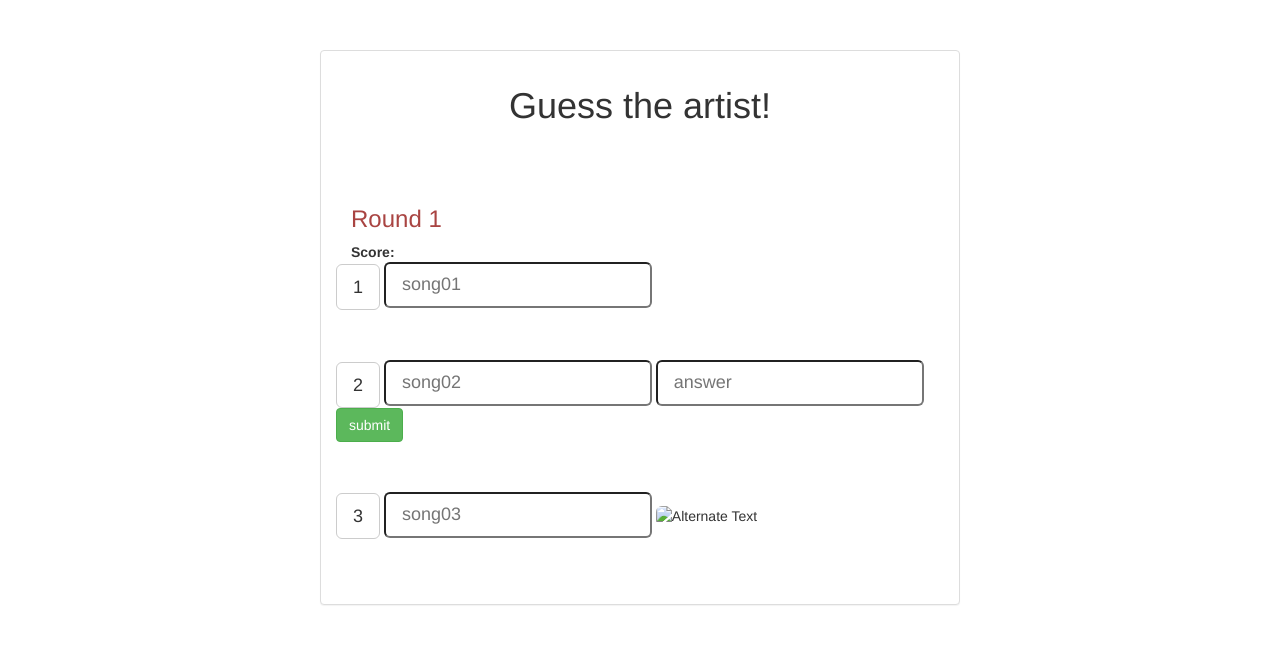
Repository: VladLevishevGIT/MyProjects
Page: Java/GuessTheArtistQuizWeb/WebContent/GuessTheArtist.html
The author's editor kept a copy of each file at every save. The page is drawn from the files as they stood at one save, then again after the next save.
The browser window is 1280 px wide. The pictures show the whole page.
The page's requests for data from a server got no answer.

Above is the page before, as saved 2017-03-05 11:17:58.

After the next save:
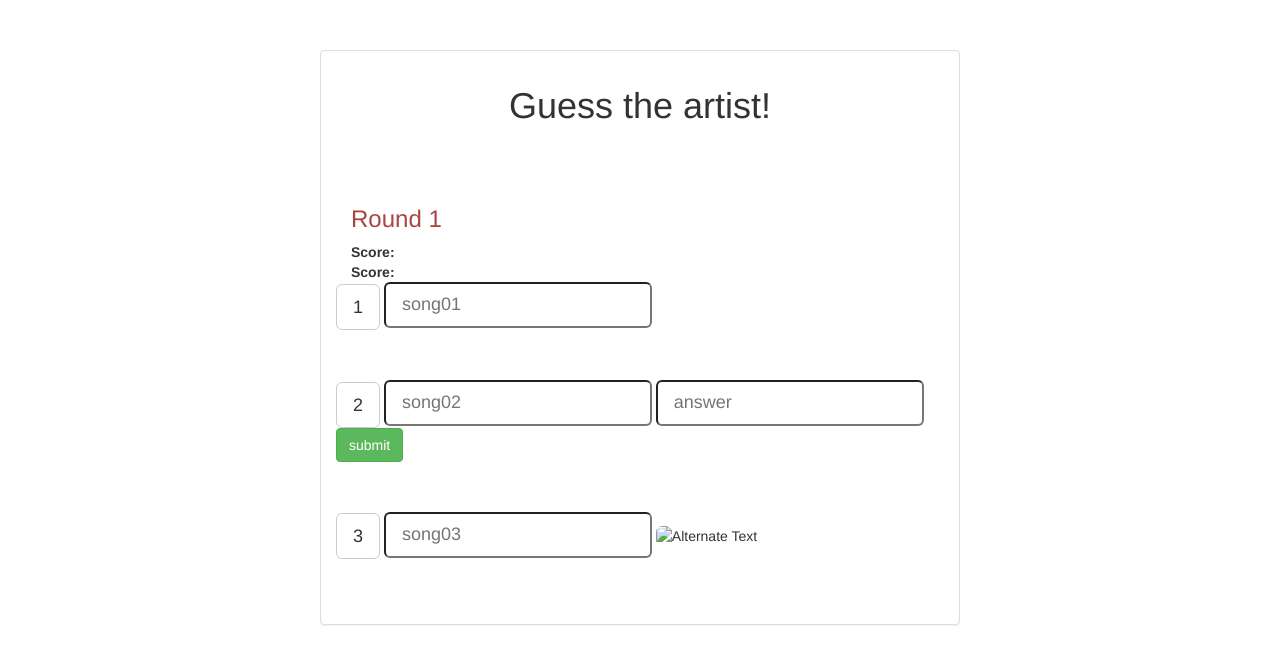
Saved 2 min 45 s later.
--- a/Java/GuessTheArtistQuizWeb/WebContent/GuessTheArtist.html
+++ b/Java/GuessTheArtistQuizWeb/WebContent/GuessTheArtist.html
@@ -20,6 +20,7 @@
                     <div style="height:50px"></div>
                     <div class="text-danger"><h3>Round 1</h3></div>
                     <div><strong>Score: {{round.roundScore}}</strong></div>
+                    <div><strong>Score: {{round.totalScore}}</strong></div>
                     <div class="row">
                         <button type="button" class="btn btn-lg btn-default">1</button>
                         <input type="text" name="song01" value="{{round.firstSong}}" class="input input-lg" placeholder="song01" />
